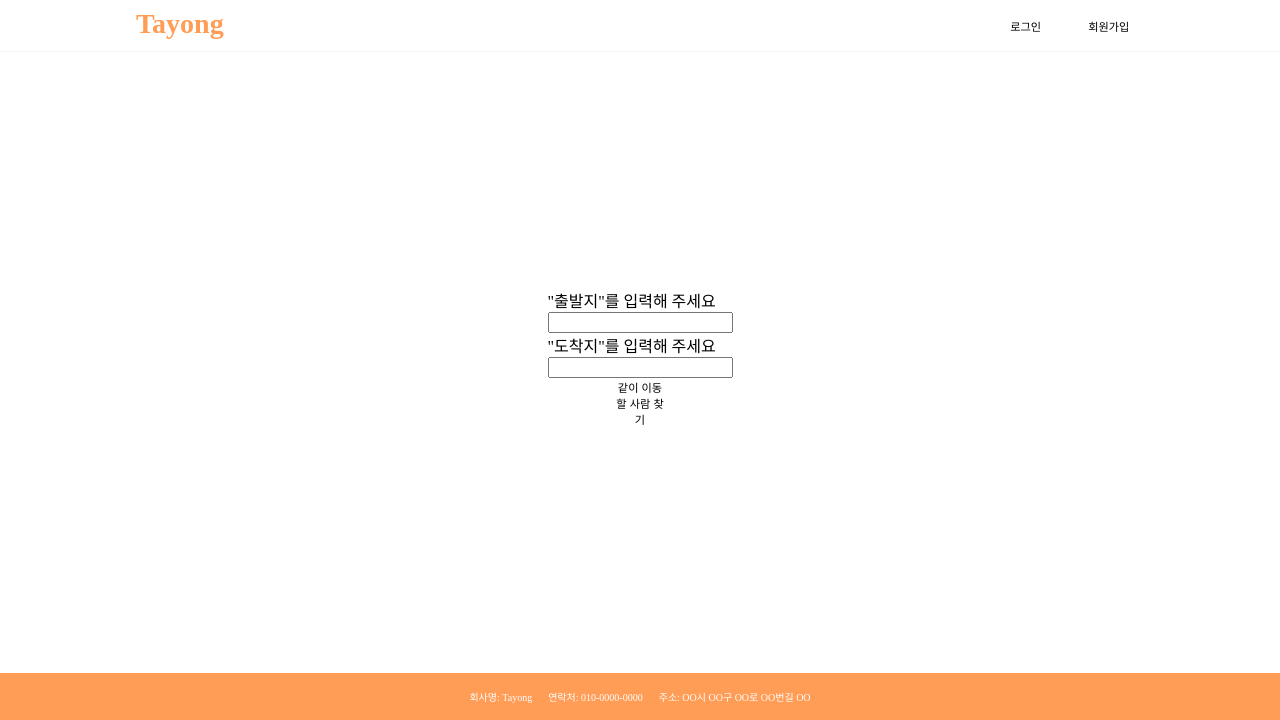
Repository: YEOMJINSEOP/playground
Page: / (app in tayong/)
The author's editor kept a copy of each file at every save. The page is drawn from the files as they stood at one save, then again after the next save.
The browser window is 1280 px wide. The pictures show the whole page.
The project was rebuilt for these pictures with package versions that can differ from the ones it lists, and the page was loaded fresh each time.

Above is the page before, as saved 2022-10-28 14:04:17.

After the next save:
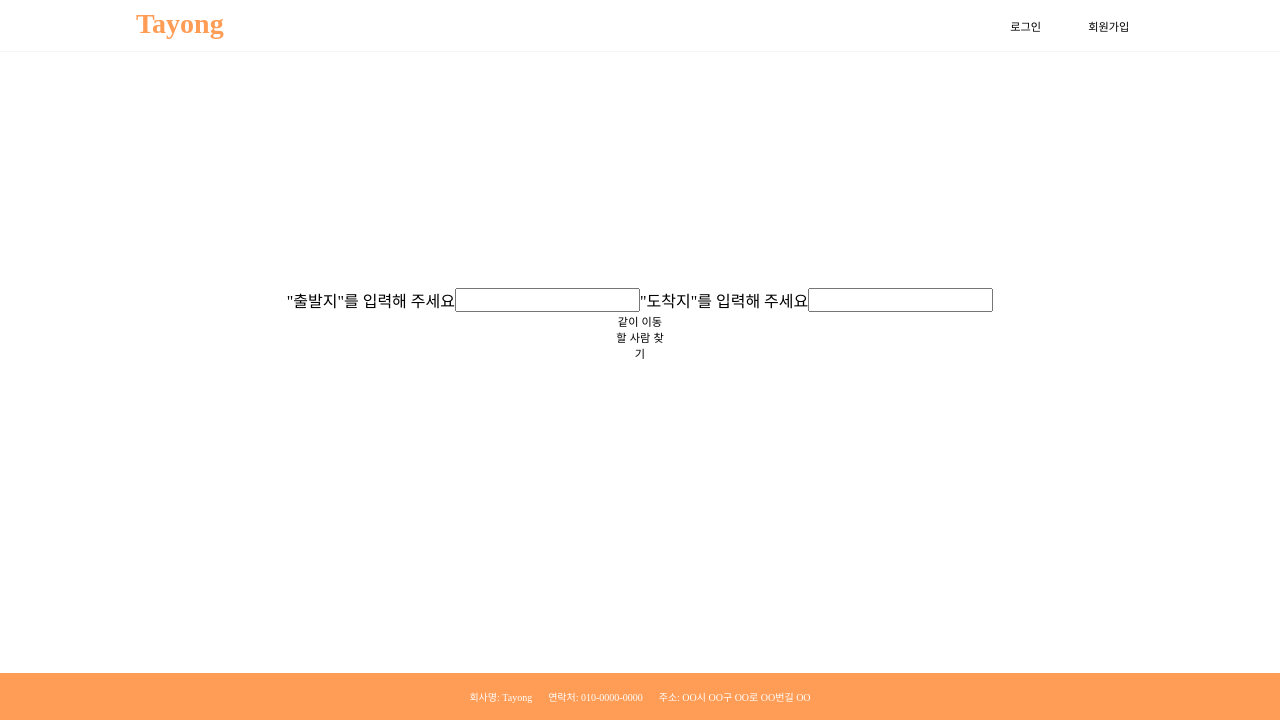
Saved 16 s later.
--- a/tayong/src/components/locationSelector/locationSelector.module.css
+++ b/tayong/src/components/locationSelector/locationSelector.module.css
@@ -11,3 +11,7 @@
   flex-direction: column;
   align-items: center;
 }
+
+.location{
+  display: flex;
+}

After the save that followed:
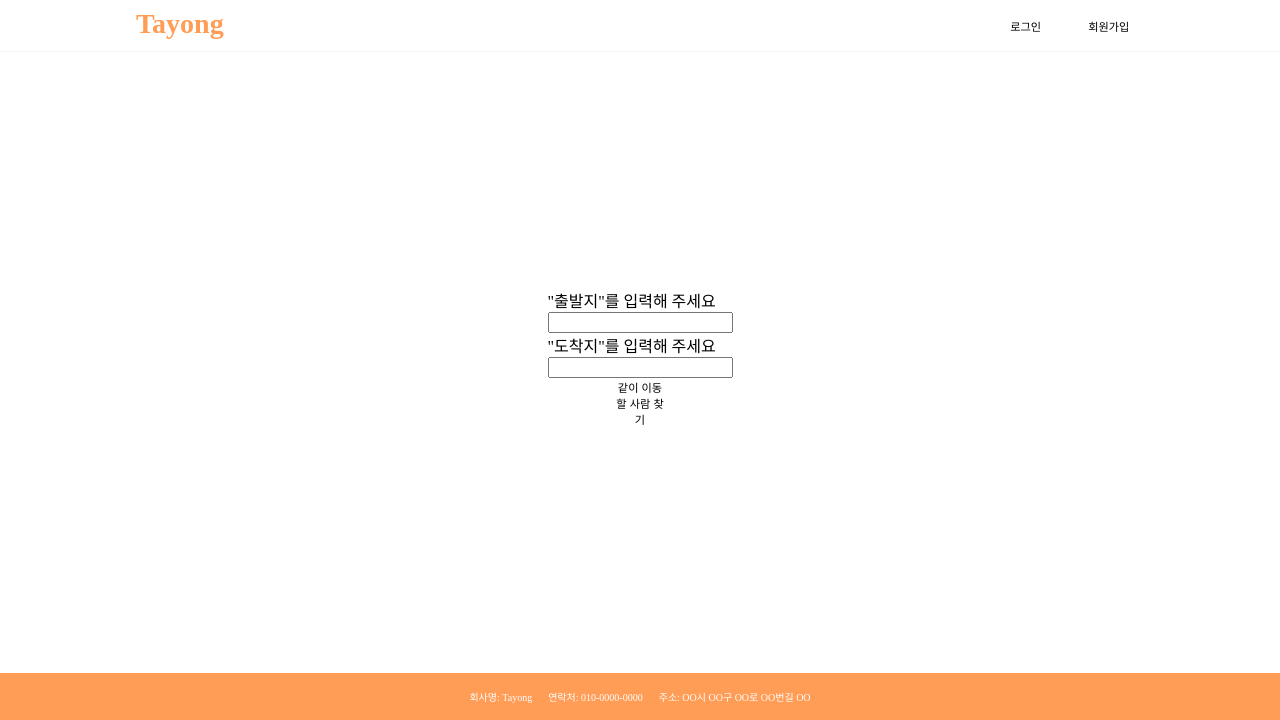
Saved 15 s later.
--- a/tayong/src/components/locationSelector/locationSelector.module.css
+++ b/tayong/src/components/locationSelector/locationSelector.module.css
@@ -11,7 +11,3 @@
   flex-direction: column;
   align-items: center;
 }
-
-.location{
-  display: flex;
-}
